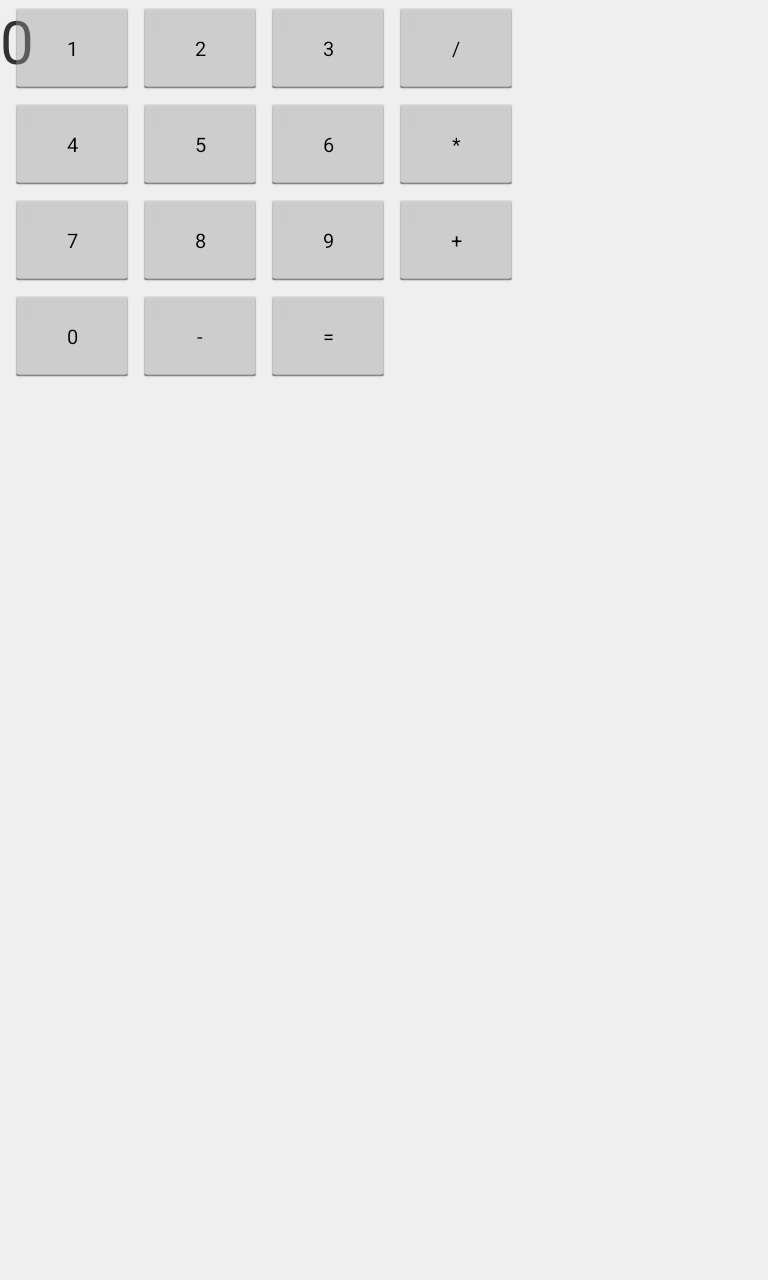
Repository: mariofer82/Calculadora
Layout: Aplicacion1/res/layout/activity_main.xml
The author's editor kept a copy of each file at every save. The layout is drawn from the files as they stood at one save, then again after a run of saves.
It is drawn on a 768 x 1280 px phone screen (xhdpi) without system bars, with theme AppTheme; the app's code is not run.

Above is the layout before, as saved 2013-08-23 17:24:27.

### Aplicacion1/res/layout/activity_main.xml
<RelativeLayout xmlns:android="http://schemas.android.com/apk/res/android"
android:orientation="vertical"
android:layout_width="fill_parent"
android:layout_height="fill_parent"
android:background="#1111"
>

<TextView
android:id="@+id/Resultado"
android:textSize="30sp"
android:layout_width="fill_parent"
android:layout_height="wrap_content"
android:text="0"
/>

<TableLayout
    xmlns:android="http://schemas.android.com/apk/res/android"
    android:layout_width="260dp"
    android:layout_height="fill_parent"
    android:stretchColumns="1" >

<TableRow>

<Button
    android:id="@+id/Boton1"
    android:layout_width="wrap_content"
    android:layout_height="wrap_content"
    android:layout_column="4"
    android:padding="10dp"
    android:text="1"
    android:textSize="10dp" >

</Button>

<Button
    android:id="@+id/Boton2"
    android:layout_width="wrap_content"
    android:layout_height="wrap_content"
    android:layout_column="4"
    android:padding="10dp"
    android:text="2"
    android:textSize="10sp" >

</Button>

<Button
    android:id="@+id/Boton3"
    android:layout_width="wrap_content"
    android:layout_height="wrap_content"
    android:layout_column="4"
    android:padding="10dp"
    android:text="3"
    android:textSize="10sp" >

</Button>

<Button
    android:id="@+id/Botondiv"
    android:layout_width="wrap_content"
    android:layout_height="wrap_content"
    android:layout_column="4"
    android:padding="10dp"
    android:text="/"
    android:textSize="10sp" >

</Button>
</TableRow>
<TableRow>

<Button
    android:id="@+id/Boton4"
    android:layout_width="wrap_content"
    android:layout_height="wrap_content"
    android:layout_column="4"
    android:padding="10dp"
    android:text="4"
    android:textSize="10sp" >

</Button>

<Button
    android:id="@+id/Boton5"
    android:layout_width="wrap_content"
    android:layout_height="wrap_content"
    android:layout_column="4"
    android:padding="10dp"
    android:text="5"
    android:textSize="10sp" >

</Button>

<Button
    android:id="@+id/Boton6"
    android:layout_width="wrap_content"
    android:layout_height="wrap_content"
    android:layout_column="4"
    android:padding="10dp"
    android:text="6"
    android:textSize="10sp" >

</Button>

<Button
    android:id="@+id/Botonmulti"
    android:layout_width="wrap_content"
    android:layout_height="wrap_content"
    android:layout_column="4"
    android:padding="10dp"
    android:text="*"
    android:textSize="10sp" >

</Button>
</TableRow>
<TableRow>

<Button
    android:id="@+id/Boton7"
    android:layout_width="wrap_content"
    android:layout_height="wrap_content"
    android:layout_column="4"
    android:padding="10dp"
    android:text="7"
    android:textSize="10sp" >

</Button>

<Button
    android:id="@+id/Boton8"
    android:layout_width="wrap_content"
    android:layout_height="wrap_content"
    android:layout_column="4"
    android:padding="10dp"
    android:text="8"
    android:textSize="10sp" >

</Button>

<Button
    android:id="@+id/Boton9"
    android:layout_width="wrap_content"
    android:layout_height="wrap_content"
    android:layout_column="4"
    android:padding="10dp"
    android:text="9"
    android:textSize="10sp" >

</Button>

<Button
    android:id="@+id/Botonsuma"
    android:layout_width="wrap_content"
    android:layout_height="wrap_content"
    android:layout_column="4"
    android:padding="10dp"
    android:text="+"
    android:textSize="10sp" >

</Button>
</TableRow>
<TableRow>

<Button
    android:id="@+id/Boton0"
    android:layout_width="wrap_content"
    android:layout_height="wrap_content"
    android:layout_column="4"
    android:padding="10dp"
    android:text="0"
    android:textSize="10sp" >

</Button>

<Button
    android:id="@+id/Botonresta"
    android:layout_width="wrap_content"
    android:layout_height="wrap_content"
    android:layout_column="4"
    android:padding="10dp"
    android:text="-"
    android:textSize="10sp" >

</Button>

<Button
    android:id="@+id/Botonigual"
    android:layout_width="wrap_content"
    android:layout_height="wrap_content"
    android:duplicateParentState="false"
    android:longClickable="false"
    android:minHeight="48dp"
    android:minWidth="64dip"
    android:padding="10dp"
    android:text="="
    android:textSize="10sp" />

</TableRow>


<TableRow>


</TableRow>



</TableLayout>
</RelativeLayout>

Loaded but not shown: Aplicacion1/res/values/styles.xml (common file); Aplicacion1/res/values-v11/styles.xml (common file); Aplicacion1/res/values-v14/styles.xml (common file)

After the next 3 saves:
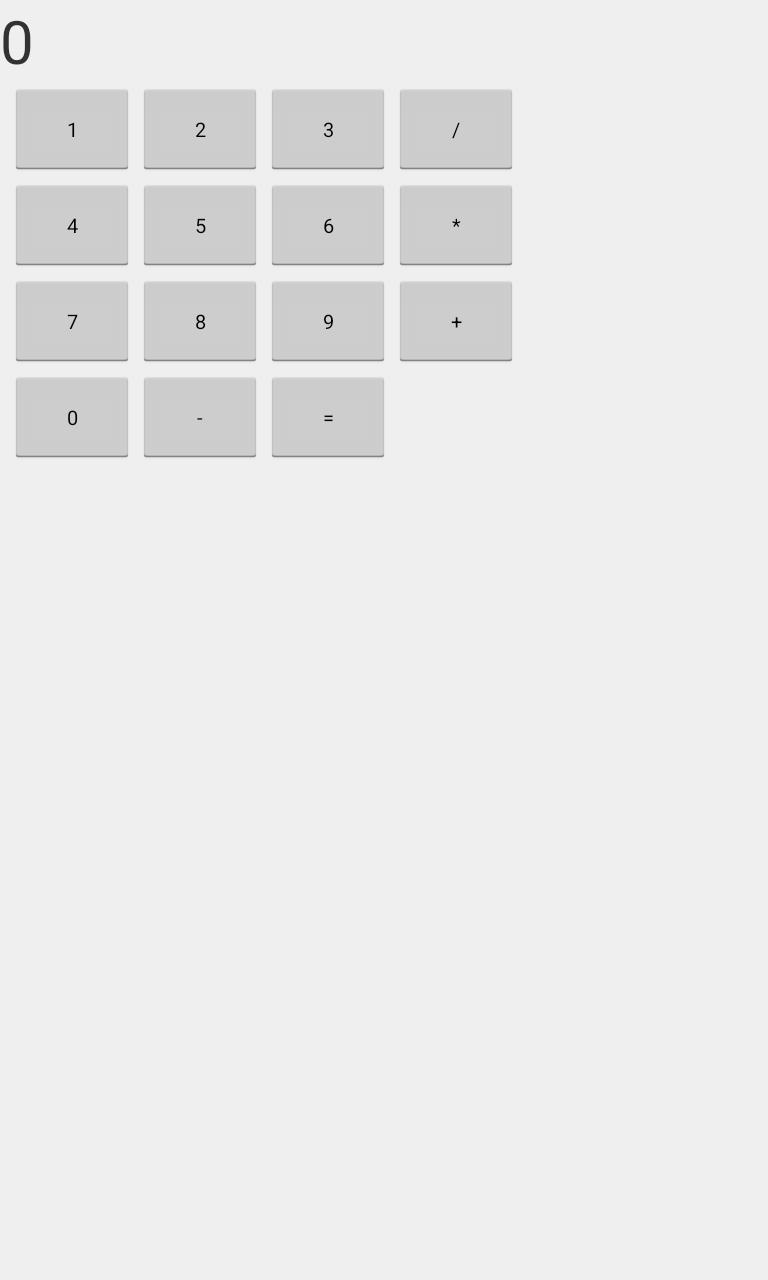
The 3 saves are shown as one change because 2 did not build or start.
The last was saved 99 s later.
--- a/Aplicacion1/res/layout/activity_main.xml
+++ b/Aplicacion1/res/layout/activity_main.xml
@@ -1,4 +1,4 @@
-<RelativeLayout xmlns:android="http://schemas.android.com/apk/res/android"
+<LinearLayout xmlns:android="http://schemas.android.com/apk/res/android"
 android:orientation="vertical"
 android:layout_width="fill_parent"
 android:layout_height="fill_parent"
@@ -201,7 +201,10 @@ android:text="0"
 
 </TableRow>
 
-
+<RelativeLayout
+    android:layout_width="wrap_content"
+    android:layout_height="wrap_content" >
+</RelativeLayout>
 
 </TableLayout>
-</RelativeLayout>
+</LinearLayout>
